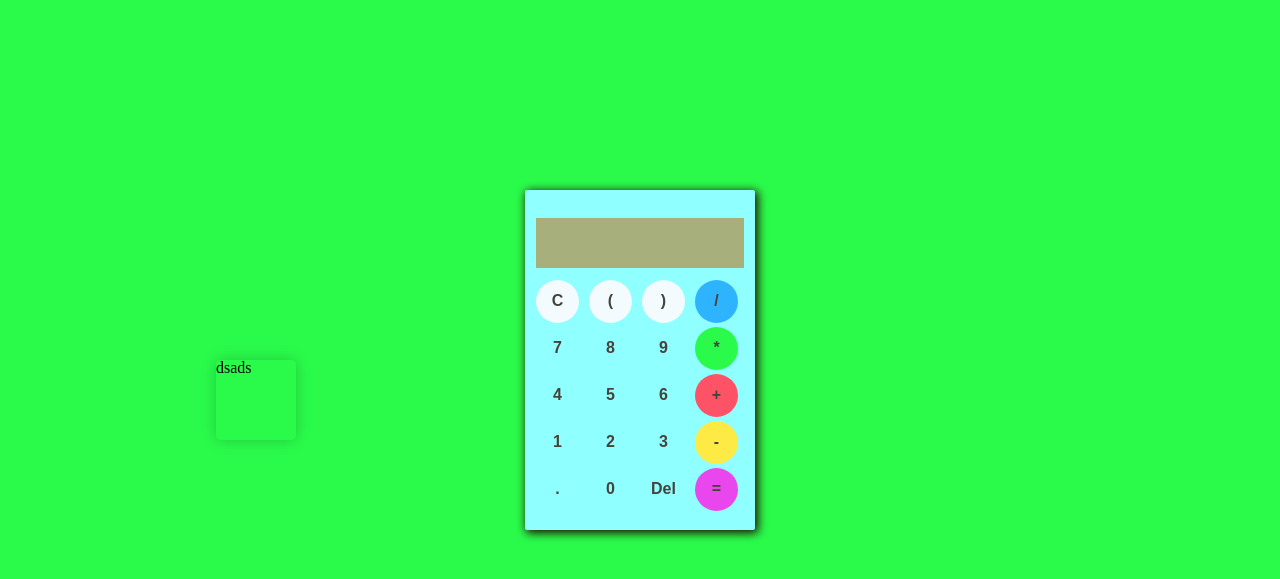
Repository: ServerK001/CalcJsVanilha
Page: index.html
The author's editor kept a copy of each file at every save. The page is drawn from the files as they stood at one save, then again after the next save.
The browser window is 1280 px wide. The pictures show the whole page.

Above is the page before, as saved 2022-02-15 18:39:24.

### index.html
<!DOCTYPE html>
<html lang="pt-br">
<head>
    <meta charset="UTF-8">
    <meta http-equiv="X-UA-Compatible" content="IE=edge">
    <meta name="viewport" content="width=device-width, initial-scale=1.0">
    <script src="index.js" ></script>
    <link rel="stylesheet" href="style.css">


    <title>Calculadora</title>
</head>
<body>

        <section class="conteiner">


            <table class="calculadora">
                <tr>
                    <td colspan="4"><input type="text" class="display"></td>
                </tr>

                <tr>
                    <td><button class="btn btn_1 btn-clear">C</button></td>
                    <td><button class="btn btn_1 btn-num">(</button></td>
                    <td><button class="btn btn_1 btn-num">)</button></td>
                    <td><button class="btn btn_2 btn-num">/</button></td>
                </tr>

                <tr>
                    <td><button class="btn btn-num">7</button></td>
                    <td><button class="btn btn-num">8</button></td>
                    <td><button class="btn btn-num">9</button></td>
                    <td><button class="btn btn_3 btn-num">*</button></td>
                </tr>
                <tr>
                    <td><button class="btn btn-num">4</button></td>
                    <td><button class="btn btn-num">5</button></td>
                    <td><button class="btn btn-num">6</button></td>
                    <td><button class="btn btn_4 btn-num">+</button></td>
                </tr>
                <tr>
                    <td><button class="btn btn-num">1</button></td>
                    <td><button class="btn btn-num">2</button></td>
                    <td><button class="btn btn-num">3</button></td>
                    <td><button class="btn btn_5 btn-num">-</button></td>
                </tr>
                <tr>
                    <td><button class="btn  btn-num">.</button></td>
                    <td><button class="btn btn-num">0</button></td>
                    <td><button class="btn btn-del">Del</button></td>
                    <td><button class="btn btn_6 btn-num">=</button></td>
                </tr>

            </table>


        </section>

        <div class="vidro">
            dsads
        </div>

</body>
</html>

### index.js
console.log('Olá mundo')

### style.css
@font-face { font-family: DisplayOFT;
    src: url('./font/DisplayOTF.otf'); }

:root{
    --btn: #44443c;
    --font-display:#435338;
    --displayBG:#a7af7c;
    --bgCalc:#90FFFF;
    --bgConteiner:#5b5b5b;

    /*Bootuns Colors*/

    --btn_1:#F4FBFF;
    --btn_2:#2EB4FF;
    --btn_3:#2AFB4B;
    --btn_4:#FE5367;
    --btn_5:#FDEA44;
    --btn_6:#EA46ED;
    --btnHover: #c5e9fd;




}

.display{

    font-size: 1rem;
    width: 100%;
    height: 50px;
    text-align: right;
    font-family: "DisplayOFT";
    font-size: 1.5rem;
    color: var(--font-display);
    background-color: var(--displayBG);

        border: none;
}

input[type=text] {
    width: 100%;
    padding: 12px 20px;
    margin: 8px 0;
    box-sizing: border-box;
    transition: 0.3s;

  }
  input[type=text]:focus {
        height: 52px;

  }

.btn{
    font-size: 1rem;
    font-weight: bold;
    color:var(--btn);
    background-color: var(--bgBtn);
    padding: 0.5rem ;
    border-radius: 50%;
    align-items: center;
    border: none;
    height: 43px;
    width: 43px;
    text-align: center;
    transition: 0.3s;
}.btn:hover{
    background-color: var(--btnHover) ;
}


.calculadora{
    display: flex;
    align-items: center;
    justify-content: center;
    background-color: var(--bgCalc);
    padding: 0.5rem;
    height: 340px;
    width: 230px;
    border-radius: 2px;
    box-shadow: 2px 2px 10px 1px #240502;

}


.body{
    background-color: var(--bgConteiner);
    padding: 1rem;
}

.btn_1{background-color:var(--btn_1)}
.btn_2{background-color:var(--btn_2)}
.btn_3{background-color:var(--btn_3)}
.btn_4{background-color:var(--btn_4)}
.btn_5{background-color:var(--btn_5)}
.btn_6{background-color:var(--btn_6)}

.conteiner{
    display: flex;
    align-items: center;
    justify-content: center;
    height: 100vh;
    background-color: #2AFB4B;
}




html, body{
    box-sizing:none;
    margin: 0 auto;
    border: none;
    padding: 0;
    line-height: 1;


}

.vidro{
	width: 5rem;
	height: 5rem;
	box-shadow: 0 0 1rem 0 rgba(0, 0, 0, .2);
	border-radius: 5px;
	position: absolute;
    top: 50vh;
    left: 30vh;
	z-index: 1;
	background: inherit;
	overflow: hidden;
}

After the next save:
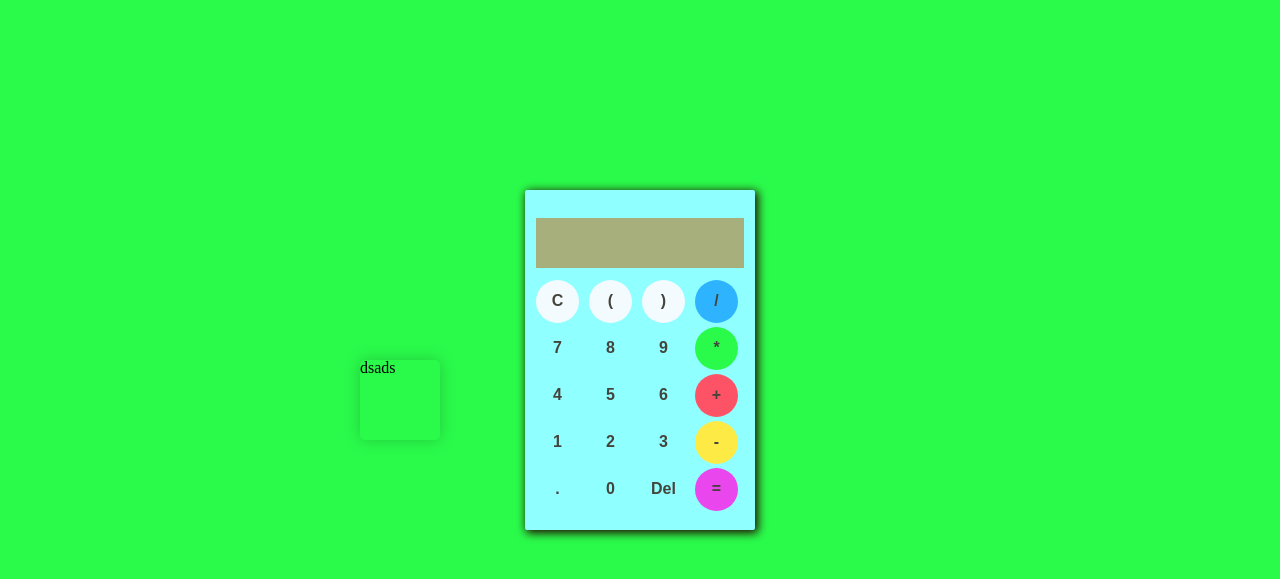
Saved 5 s later.
--- a/style.css
+++ b/style.css
@@ -122,7 +122,7 @@ html, body{
 	border-radius: 5px;
 	position: absolute;
     top: 50vh;
-    left: 30vh;
+    left: 50vh;
 	z-index: 1;
 	background: inherit;
 	overflow: hidden;
